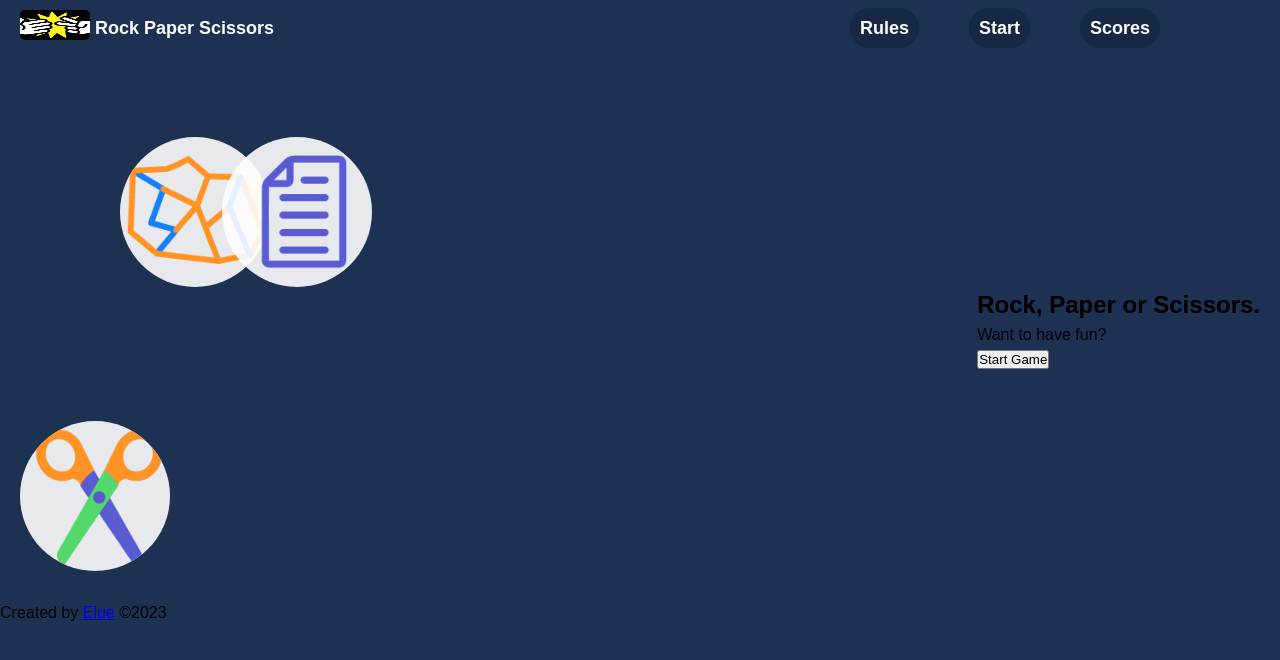
Repository: MikkyPrestige/rock-paper-scissors
Page: index.html
An editor plug-in stored every save of this project. The page is shown before and after the next save, followed by the edit.
The browser window is 1280 px wide. The pictures show the whole page.

Above is the page before, as saved 2023-05-08 04:45:57.

### index.html
<!DOCTYPE html>
<html lang="en">

<head>
  <meta charset="UTF-8">
  <meta http-equiv="X-UA-Compatible" content="IE=edge">
  <meta name="viewport" content="width=device-width, initial-scale=1.0">
  <title>Rock, Paper or Scissors Game</title>
  <link rel="stylesheet" href="./index.css">
  <!-- <script src="./index.js" defer></script> -->
</head>

<body>
  <main>
    <header>
      <figure>
        <a href="/">
          <img src="./img/logo.png" alt="Logo" class="logo">
        </a>
        <figcaption>Rock Paper Scissors</figcaption>
      </figure>
      <nav>
        <ul>
          <li><a href="#">Rules</a></li>
          <li><a href="#">Start</a></li>
          <li><a href="#">Scores</a></li>
        </ul>
      </nav>
    </header>
    <section class="home">
      <div class="images">
        <img src="./img/Rock.gif" alt="Rock image" class="img rock">
        <img src="./img/Paper.gif" alt="Paper image" class="img paper">
        <img src="./img/Scissors.gif" alt="Scissors image" class="img scissors">
      </div>
      <div class="content">
        <h1>Rock, Paper or Scissors.</h1>
        <p>Want to have <span>fun?</span></p>
        <button type="submit" class="btn">Start Game</button>
      </div>
    </section>

    <footer>
      <p>Created by <a href="#" target="_blank">Elue</a> &copy;2023</p>
    </footer>
  </main>
</body>

</html>

### index.css
*,
*::after,
*::before {
  box-sizing: border-box;
  margin: 0;
  padding: 0;
}

html {
  font-size: 62.5%;
}

body {
  font-family: "Fira Sans", sans-serif;
  font-size: 1.6rem;
  line-height: 1.5;
  background: rgba(29, 50, 83, 1);
  width: 100%;
  height: 100%;
}

main {
  display: flex;
  flex-direction: column;
  justify-content: center;
  gap: 2rem;
  height: 100%;
  width: 100%;
}

header {
  display: flex;
  justify-content: space-between;
  align-items: center;
  padding: 1rem 2rem;
  width: 100%;
  height: auto;
}

figure {
  display: flex;
  align-items: center;
  gap: .5rem;
  height: auto;
}

.logo {
  width: 7rem;
  height: 3rem;
  border-radius: .5rem;
  -webkit-border-radius: .5rem;
  -moz-border-radius: .5rem;
  -ms-border-radius: .5rem;
  -o-border-radius: .5rem;
}

figcaption {
  font-size: 1.8rem;
  font-weight: 600;
  color: rgba(255, 255, 255, 1);
}

nav {
  height: auto;
  margin-right: 10rem;
}

ul {
  display: flex;
  justify-content: center;
  align-items: center;
  gap: 5rem;
  list-style: none;
}

li a {
  font-size: 1.8rem;
  font-weight: 600;
  color: rgba(255, 255, 255, 1);
  background: linear-gradient(0deg, rgba(0, 0, 0, 0.2), rgba(0, 0, 0, 0.2)), #1D3253;
  text-decoration: none;
  padding: 1rem;
  border-radius: 2rem;
}

li a:hover {
  background: rgba(255, 255, 255, 1);
  color: rgba(29, 50, 83, 1);
  text-decoration: underline;
}

.home {
  display: flex;
  justify-content: space-between;
  align-items: center;
  padding: 1rem 2rem;
  width: 100%;
  height: 70vh;
}

.images {
  position: relative;
  height: 100%;
  flex-basis: 30%;
}

.img {
  background: rgba(253, 253, 253, 0.9);
  border-radius: 50%;
  -webkit-border-radius: 50%;
  -moz-border-radius: 50%;
  -ms-border-radius: 50%;
  -o-border-radius: 50%;
  width: 15rem;
  height: 15rem;
}

.rock {
  position: absolute;
  top: 5rem;
  left: 10rem;
}

.paper {
  position: absolute;
  top: 5rem;
  right: 2rem;
}

.scissors {
  position: absolute;
  bottom: 0;
  left: 0;
}

After the next save:
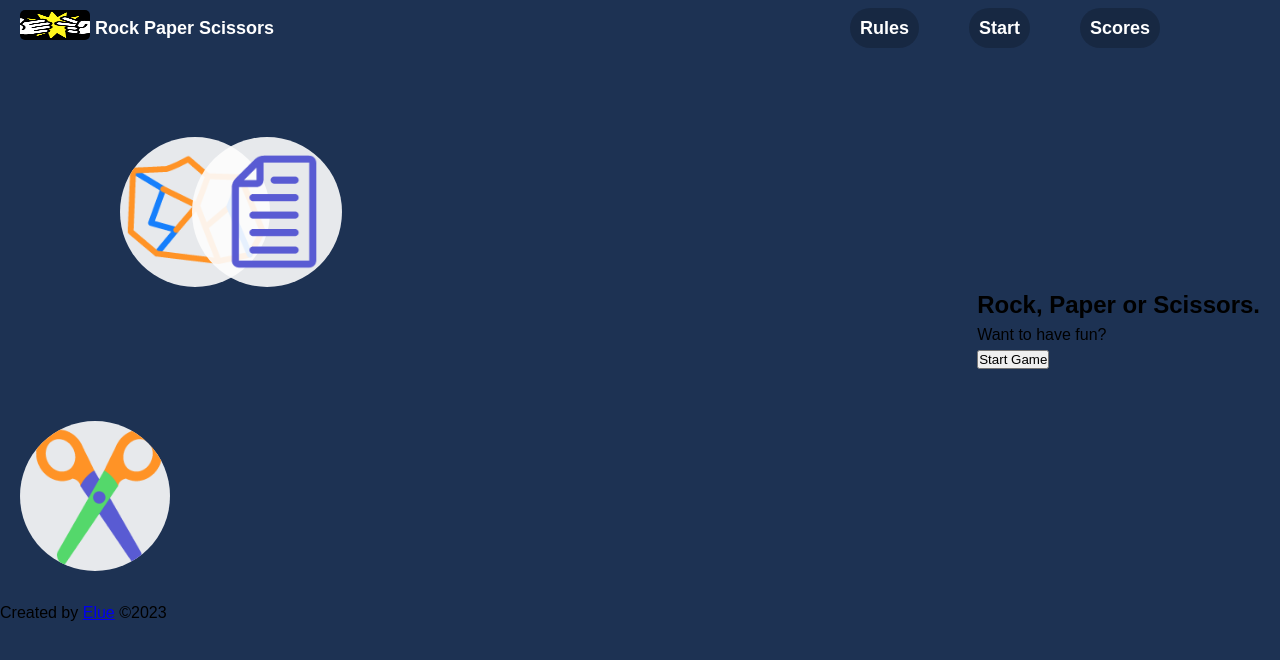
Saved 7 s later.
--- a/index.css
+++ b/index.css
@@ -124,7 +124,7 @@ li a:hover {
 .paper {
   position: absolute;
   top: 5rem;
-  right: 2rem;
+  right: 5rem;
 }
 
 .scissors {
